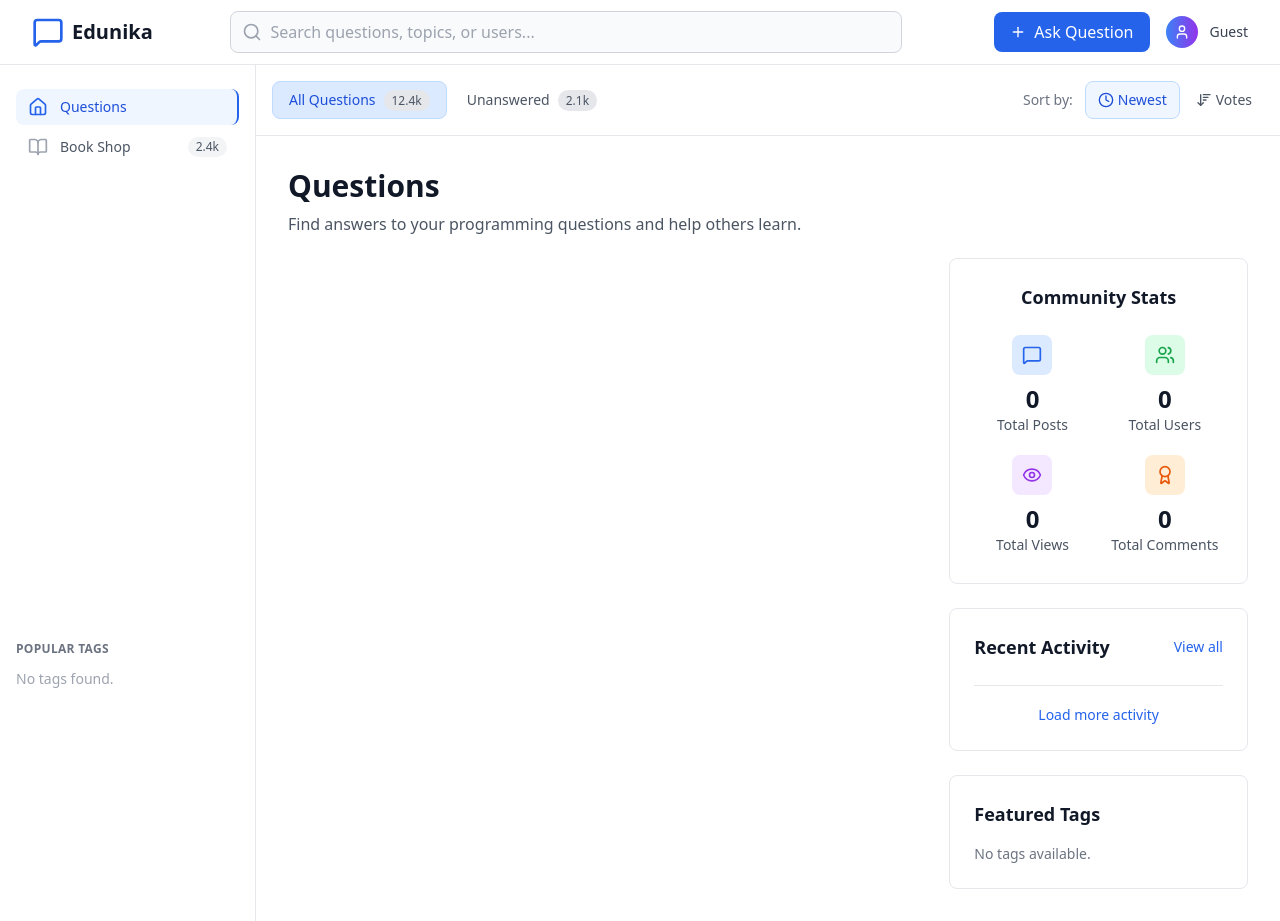
Repository: Ruddro420/forum-front-end
Page: /
An editor plug-in stored every save of this project. The page is shown before and after the next save, followed by the edit.
The browser window is 1280 px wide. The pictures show the whole page.
The page's requests for data from a server got no answer. The project was rebuilt for these pictures with package versions that can differ from the ones it lists, and the page was loaded fresh each time. No one was signed in, and anything a server would have sent is missing. Also part of the build but not shown: vite.config.js, src/Pages/Home.jsx, src/components/Question/QuestionCard.jsx, src/components/Question/AddQuestionSidebar.jsx, src/Pages/AskQuestion.jsx, src/Pages/ShopPage.jsx, src/Pages/QuestionDetail.jsx, src/Pages/ChatInterface.jsx and 6 more.

Above is the page before, as saved 2025-08-07 01:40:59.

### index.html
<!doctype html>
<html lang="en" data-theme="light">
  <head>
    <meta charset="UTF-8" />
    <link rel="icon" type="image/svg+xml" href="/vite.svg" />
    <meta name="viewport" content="width=device-width, initial-scale=1.0" />
    <title>Edunika</title>
  </head>
  <body>
    <div id="root"></div>
    <script type="module" src="/src/main.jsx"></script>
  </body>
</html>

### src/main.jsx
import { StrictMode } from 'react'
import { createRoot } from 'react-dom/client'
import './index.css'
import { createBrowserRouter, RouterProvider } from "react-router";
import MainLayout from './Layouts/MainLayout';
import Home from './Pages/Home';
import ForumPage from './Pages/ForumPage';
import AskQuestion from './Pages/AskQuestion';
import ShopPage from './Pages/ShopPage';
import QuestionDetail from './Pages/QuestionDetail';
import ChatInterface from './Pages/ChatInterface';
import StudentProfile from './Pages/StudentProfile';
import StudentDashboard from './Pages/StudentDashboard';
import Register from './Pages/Register';
import Login from './Pages/Login';
import PrivateRoute from './Auth/PrivateRoute';
import { AuthProvider } from './Auth/context/AuthContext';

const router = createBrowserRouter([
  {
    path: "",
    element: <MainLayout />,
    children: [
      { path: "/", element: <ForumPage /> },
      { path: "/questions", element: <ForumPage /> },
      { path: "/shop", element: <ShopPage /> },
    ]
  },
  {
    path: "",
    element: <PrivateRoute><MainLayout /></PrivateRoute>,
    children: [
      { path: "/ask-question", element: <AskQuestion /> },
      { path: "/question-detail/:id", element: <QuestionDetail /> },
      { path: "/chat/", element: <ChatInterface /> },
      { path: "/profile", element: <StudentProfile /> },
      { path: "/dashboard", element: <StudentDashboard /> },
    ]
  },
  { path: "/register", element: <Register /> },
  { path: "/login", element: <Login /> }
]);

createRoot(document.getElementById('root')).render(
  <StrictMode>
    <AuthProvider>
      <RouterProvider router={router} />
    </AuthProvider>
  </StrictMode>,
)

### src/index.css
@tailwind base;
@tailwind components;
@tailwind utilities;




/* :root {
  font-family: system-ui, Avenir, Helvetica, Arial, sans-serif;
  line-height: 1.5;
  font-weight: 400;

  color-scheme: light dark;
  color: rgba(255, 255, 255, 0.87);
  background-color: #242424;

  font-synthesis: none;
  text-rendering: optimizeLegibility;
  -webkit-font-smoothing: antialiased;
  -moz-osx-font-smoothing: grayscale;
}

@media (prefers-color-scheme: light) {
  :root {
    color: #213547;
    background-color: #ffffff;
  }
  a:hover {
    color: #747bff;
  }
  button {
    background-color: #f9f9f9;
  }
}
 */

### src/Layouts/MainLayout.jsx
import { useState } from "react";
import Header from "./Header";
import { Outlet } from "react-router";
import Sidebar from "./Sidebar";
import { Toaster } from "react-hot-toast";
import ScrollToTop from "../components/ScrollToTop";
import { useAuth } from "../Auth/context/AuthContext";


const MainLayout = () => {
  const [isSidebarOpen, setIsSidebarOpen] = useState(false);
  const { user, logout } = useAuth();

  return (
    <>
      <ScrollToTop />
      {/* {user ? (
        <>
          <span className="text-gray-700">Hi, {user.name}</span>
          <button
            onClick={logout}
            className="bg-red-500 text-white px-3 py-1 rounded hover:bg-red-600"
          >
            Logout
          </button>
        </>
      ) : (
        <a href="/login" className="text-blue-600">Login</a>
      )} */}
      <Header
        onMenuToggle={() => setIsSidebarOpen(!isSidebarOpen)}
        isMenuOpen={isSidebarOpen}
      />
      <div className="flex">
        <Sidebar
          isOpen={isSidebarOpen}
          onClose={() => setIsSidebarOpen(false)}
        />
        <main className="flex-1 lg:ml-0">
          <Outlet />
        </main>
      </div>
      <Toaster position='top-center' />
    </>
  );
};

export default MainLayout;

### src/Pages/ForumPage.jsx
import React, { useState } from "react";
import FilterBar from "../components/FilterBar";
import ActivityFeed from "../components/ActivityFeed";
import StatsWidget from "../components/StatsWidget";
import QuestionList from "../components/Question/QuestionList";
import { useAuth } from "../Auth/context/AuthContext";

const ForumPage = () => {
  const { posts, fetauredTag } = useAuth();
  const [currentPage, setCurrentPage] = useState(1);
  const postsPerPage = 4;

  const totalPages = Math.ceil(posts.length / postsPerPage);
  const paginatedPosts = posts.slice(
    (currentPage - 1) * postsPerPage,
    currentPage * postsPerPage
  );

  const tags = fetauredTag ? Object.keys(fetauredTag).slice(0, 9) : [];

  return (
    <>
      <FilterBar />
      <div className="mx-auto px-4 sm:px-6 lg:px-8 py-8">
        <div className="grid grid-cols-1 lg:grid-cols-3 gap-8">
          {/* Main Content */}
          <div className="lg:col-span-2">
            <div className="mb-6">
              <h1 className="text-3xl font-bold text-gray-900 mb-2">Questions</h1>
              <p className="text-gray-600">
                Find answers to your programming questions and help others learn.
              </p>
            </div>

            <QuestionList posts={paginatedPosts} />

            {/* Pagination */}
            <div className="mt-8 flex items-center justify-center space-x-2">
              {Array.from({ length: totalPages }, (_, i) => i + 1).map((page) => (
                <button
                  key={page}
                  onClick={() => setCurrentPage(page)}
                  className={`px-4 py-2 text-sm font-medium border rounded-lg ${
                    currentPage === page
                      ? "text-white bg-blue-600 border-blue-600"
                      : "text-gray-700 bg-white border-gray-300 hover:bg-gray-50"
                  }`}
                >
                  {page}
                </button>
              ))}

              {currentPage < totalPages && (
                <button
                  onClick={() => setCurrentPage((prev) => prev + 1)}
                  className="px-4 py-2 text-sm font-medium text-gray-700 bg-white border border-gray-300 rounded-lg hover:bg-gray-50"
                >
                  Next
                </button>
              )}
            </div>
          </div>

          {/* Sidebar Content */}
          <div className="space-y-6 mt-[90px]">
            <StatsWidget />
            <ActivityFeed />

            {/* Featured Tags */}
            <div className="bg-white rounded-lg border border-gray-200 p-6">
              <h3 className="text-lg font-semibold text-gray-900  mb-4">
                Featured Tags
              </h3>
              <div className="flex flex-wrap gap-2">
                {tags.length > 0 ? (
                  tags.map((tag) => (
                    <span
                      key={tag}
                      className="px-3 py-1 bg-blue-100 text-blue-800 rounded-lg text-sm font-medium cursor-pointer hover:bg-blue-200 transition-colors"
                    >
                      {tag}
                    </span>
                  ))
                ) : (
                  <span className="text-sm text-gray-500">
                    No tags available.
                  </span>
                )}
              </div>
            </div>
          </div>
        </div>
      </div>
    </>
  );
};

export default ForumPage;

### src/Auth/context/AuthContext.jsx
/* eslint-disable react-refresh/only-export-components */
import { createContext, useContext, useEffect, useState } from "react";
import { useNavigate } from "react-router";

const AuthContext = createContext(null);

export const AuthProvider = ({ children }) => {
    const [user, setUser] = useState(null);
    const [loading, setLoading] = useState(true);


    // Load user from sessionStorage on refresh
    useEffect(() => {
        fetchUser()

    }, []);



    const fetchUser = async () => {
        const userId = sessionStorage.getItem("userId");
        try {
            const res = await fetch(`${import.meta.env.VITE_SERVER_API}/me/${userId}`, {
                credentials: "include", // important if using cookies
            });
            // console.log("respose of me", res);
            if (!res.ok) throw new Error("Failed to fetch user");
            const data = await res.json();
            setUser(data);
        } catch (error) {
            console.error("Fetch user error:", error);
            setUser(null);
        } finally {
            setLoading(false);
        }
    };

    // Login using POST
    const login = async (email, password) => {
        try {
            const res = await fetch(`${import.meta.env.VITE_SERVER_API}/login`, {
                method: "POST",
                headers: {
                    "Content-Type": "application/json",
                },
                body: JSON.stringify({ email, password }),
            });

            const data = await res.json();
            console.log("logindata", data.user);
            // setUser(data.user);

            // If API returns a user id
            if (data?.user?.id) {
                sessionStorage.setItem("userId", data.user.id); // optional
                await fetchUser(); // ✅ no id needed
                return { success: true };
            } else {
                return { success: false, message: data?.message || "Invalid credentials" };
            }
        } catch (error) {
            console.error("Login error:", error);
            return { success: false, message: "Login failed" };
        }
    };

    // const navigate = useNavigate();

    const logout = () => {
        sessionStorage.removeItem("userId");
        setUser(null);
        window.location.reload();
    };

    const [posts, setPosts] = useState([])

    // fetch post data
    const fetchPost = async () => {
        //   const userId = sessionStorage.getItem("userId");
        try {
            const res = await fetch(`${import.meta.env.VITE_SERVER_API}/posts`);
            // console.log("respose of me",res);
            if (!res.ok) throw new Error("Failed to fetch user");
            const data = await res.json();
            setPosts(data.data);
        } catch (error) {
            console.error("Fetch user error:", error);
            // setUser(null);
        } finally {
            setLoading(false);
        }
    };

    // console.log(posts);

    useEffect(() => {
        fetchPost()
    }, [])

    console.log(posts);






    return (
        <AuthContext.Provider value={{ user, loading, login, logout, fetchUser,posts }}>
            {children}
        </AuthContext.Provider>
    );
};

export const useAuth = () => useContext(AuthContext);

### src/components/ScrollToTop.jsx
import { useEffect } from 'react';
import { useLocation } from 'react-router';

const ScrollToTop = () => {
  const { pathname } = useLocation();

  useEffect(() => {
    window.scrollTo({
      top: 0,
      behavior: 'smooth', // or 'auto' if you want instant scroll
    });
  }, [pathname]);

  return null;
};

export default ScrollToTop;

### src/components/FilterBar.jsx
import { Award, Calendar, Clock, Filter, SortDesc, TrendingUp } from "lucide-react";
import { useState } from "react";


const FilterBar = () => {
  const [activeFilter, setActiveFilter] = useState('newest');
  const [activeTab, setActiveTab] = useState('all');

  const filterOptions = [
    { id: 'newest', label: 'Newest', icon: Clock },
    // { id: 'active', label: 'Active', icon: TrendingUp },
    { id: 'votes', label: 'Votes', icon: SortDesc },
    // { id: 'bounty', label: 'Bounty', icon: Award },
  ];

  const tabs = [
    { id: 'all', label: 'All Questions', count: '12.4k' },
    { id: 'unanswered', label: 'Unanswered', count: '2.1k' },
    // { id: 'bounty', label: 'Bounty', count: '156' },
  ];

  return (
    <div className="bg-white border-b border-gray-200 px-4 py-4">
      <div className=" mx-auto">
        {/* Tabs */}
        <div className="flex flex-wrap items-center justify-between">
          <div className="flex space-x-1">
            {tabs.map((tab) => (
              <button
                key={tab.id}
                onClick={() => setActiveTab(tab.id)}
                className={`px-4 py-2 text-sm font-medium rounded-lg transition-colors ${
                  activeTab === tab.id
                    ? 'bg-blue-100 text-blue-700 border border-blue-200'
                    : 'text-gray-600 hover:text-gray-900 hover:bg-gray-50'
                }`}
              >
                {tab.label}
                <span className="ml-2 text-xs bg-gray-200 text-gray-600 px-2 py-0.5 rounded-full">
                  {tab.count}
                </span>
              </button>
            ))}
          </div>

          <div className="flex items-center space-x-3">
            <span className="text-sm text-gray-500">Sort by:</span>
            <div className="flex space-x-1">
              {filterOptions.map((option) => (
                <button
                  key={option.id}
                  onClick={() => setActiveFilter(option.id)}
                  className={`flex items-center px-3 py-2 text-sm font-medium rounded-lg transition-colors ${
                    activeFilter === option.id
                      ? 'bg-blue-50 text-blue-700 border border-blue-200'
                      : 'text-gray-600 hover:text-gray-900 hover:bg-gray-50'
                  }`}
                >
                  <option.icon className="h-4 w-4 mr-1" />
                  {option.label}
                </button>
              ))}
            </div>
          </div>
        </div>

        {/* Active Filters */}
        {/* <div className="flex items-center justify-between">
          <div className="flex items-center space-x-4">
            <span className="text-sm text-gray-500">
              Showing 12,456 questions
            </span>
            <div className="flex items-center space-x-2">
              <Filter className="h-4 w-4 text-gray-400" />
              <span className="text-sm text-gray-600">
                Filtered by: JavaScript, React
              </span>
              <button className="text-sm text-blue-600 hover:text-blue-700">
                Clear filters
              </button>
            </div>
          </div>

          <button className="text-sm text-gray-600 hover:text-gray-900 flex items-center">
            <Calendar className="h-4 w-4 mr-1" />
            Last 30 days
          </button>
        </div> */}
      </div>
    </div>
  );
};

export default FilterBar;

### src/components/ActivityFeed.jsx
import React from 'react';
import { MessageSquare, Award, TrendingUp, Users, Clock, UserCircle } from 'lucide-react';
import { useAuth } from '../Auth/context/AuthContext';
import { format } from 'timeago.js';
import { NavLink } from 'react-router';

const ActivityFeed = () => {
  const { recentPost } = useAuth()

  return (
    <div className="bg-white rounded-lg border border-gray-200 p-6 ">
      <div className="flex items-center justify-between mb-4">
        <h3 className="text-lg font-semibold text-gray-900 ">
          Recent Activity
        </h3>
        <button className="text-sm text-blue-600 hover:text-blue-700 ">
          View all
        </button>
      </div>

      <div className="space-y-4">
        {recentPost?.map((post) => (
          <div key={post.id} className="flex items-start space-x-3">
            <div className="p-2 rounded-lg bg-blue-100 ">
              <MessageSquare className="h-4 w-4 text-blue-600 " />
            </div>
            <NavLink to={`/question-detail/${post.id}`} className="flex-1 min-w-0 cursor-pointer">
              <p className="text-sm text-gray-900  font-medium">
                {post.title}
              </p>
              <p className="text-xs text-gray-500 ">

                <span className="font-bold text-green-900 mr-2">
                  {post.category?.name || "N/A"}
                </span>
                ||
                <span className="font-bold text-orange-900 ml-2">
                   {post.sub_category?.name || "N/A"}
                </span>
              </p>
              <div className="flex items-center mt-1 text-xs text-gray-500">
                <UserCircle className="h-3 w-3 mr-1" />
                <span>{post.student?.name || "Admin"}</span>
                <span className="mx-1">•</span>
                <Clock className="h-3 w-3 mr-1" />
                {/* <span>{moment(post.created_at).fromNow()}</span> */}
                <span>{format(post.created_at)}</span>
              </div>
            </NavLink>
          </div>
        ))}
      </div>

      <div className="mt-6 pt-4 border-t border-gray-200">
        <button className="w-full text-center text-sm text-blue-600 hover:text-blue-700  font-medium">
          Load more activity
        </button>
      </div>
    </div>
  );
};

export default ActivityFeed;

### src/components/StatsWidget.jsx
import { Award, Eye, MessageSquare, Users } from "lucide-react";
import { useAuth } from "../Auth/context/AuthContext";

const StatsWidget = () => {
  const { stats } = useAuth();

  const statsData = [
    {
      label: "Total Posts",
      value: stats?.total_posts ?? 0,
      change: "+234",
      changeType: "increase",
      icon: MessageSquare,
      color: "text-blue-600",
      bgColor: "bg-blue-100",
    },
    {
      label: "Total Users",
      value: stats?.total_users ?? 0,
      change: "+156",
      changeType: "increase",
      icon: Users,
      color: "text-green-600",
      bgColor: "bg-green-100",
    },
    {
      label: "Total Views",
      value: stats?.total_views ?? 0,
      change: "+12%",
      changeType: "increase",
      icon: Eye,
      color: "text-purple-600",
      bgColor: "bg-purple-100",
    },
    {
      label: "Total Comments",
      value: stats?.total_comments ?? 0,
      change: "+45",
      changeType: "increase",
      icon: Award,
      color: "text-orange-600",
      bgColor: "bg-orange-100",
    },
  ];

  return (
    <div className="bg-white rounded-lg border border-gray-200 p-6 ">
      <h3 className="text-lg font-semibold text-gray-900  mb-6 text-center">
        Community Stats
      </h3>

      <div className="grid grid-cols-2 gap-4">
        {statsData.map((stat, index) => {
          const Icon = stat.icon;
          return (
            <div key={index} className="text-center">
              <div
                className={`inline-flex items-center justify-center w-10 h-10 rounded-lg ${stat.bgColor} mb-2`}
              >
                <Icon className={`h-5 w-5 ${stat.color}`} />
              </div>
              <div className="text-2xl font-bold text-gray-900 ">
                {stat.value}
              </div>
              <div className="text-sm text-gray-600  mb-1">
                {stat.label}
              </div>
              {/* <div className="text-xs text-green-600 font-medium">
                {stat.change} this week
              </div> */}
            </div>
          );
        })}
      </div>
    </div>
  );
};

export default StatsWidget;

### src/components/Question/QuestionList.jsx
// import questions from '../../../public/data/questions.json'
import { useAuth } from '../../Auth/context/AuthContext';
import QuestionCard from './QuestionCard';

const QuestionList = () => {
const {posts} = useAuth();
console.log(posts);


  return (
    <div className="space-y-4">
      {posts?.map((question) => (
        <QuestionCard key={question.id} question = {question} />
      ))}
    </div>
  );
};

export default QuestionList;

Loaded but not shown: tailwind.config.js (common file); src/Layouts/Sidebar.jsx (138 lines, source omitted); src/Layouts/Header.jsx (77 lines, source omitted)

After the next save:
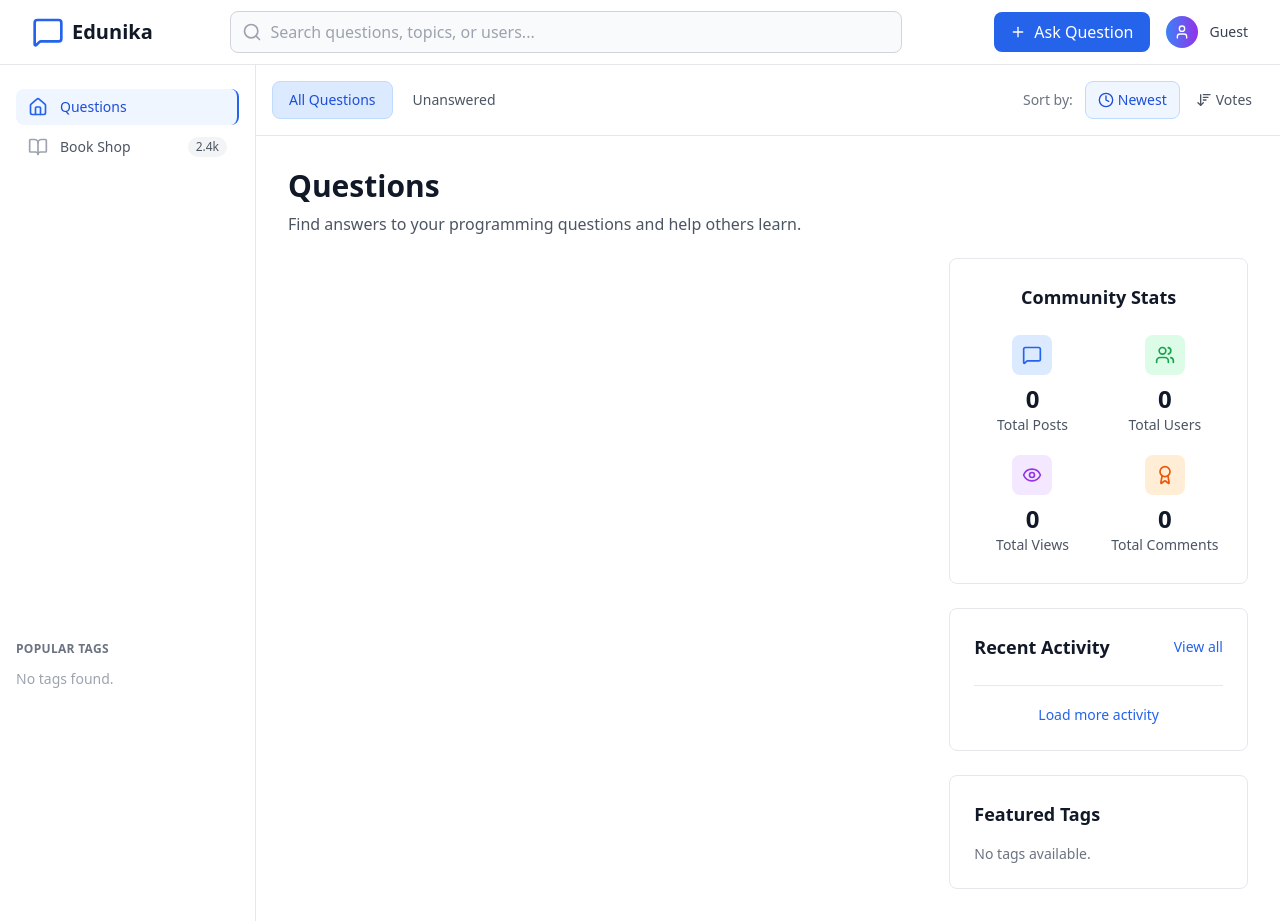
Saved 68 s later.
--- a/src/components/FilterBar.jsx
+++ b/src/components/FilterBar.jsx
@@ -36,9 +36,9 @@ const FilterBar = () => {
                 }`}
               >
                 {tab.label}
-                <span className="ml-2 text-xs bg-gray-200 text-gray-600 px-2 py-0.5 rounded-full">
+                {/* <span className="ml-2 text-xs bg-gray-200 text-gray-600 px-2 py-0.5 rounded-full">
                   {tab.count}
-                </span>
+                </span> */}
               </button>
             ))}
           </div>
